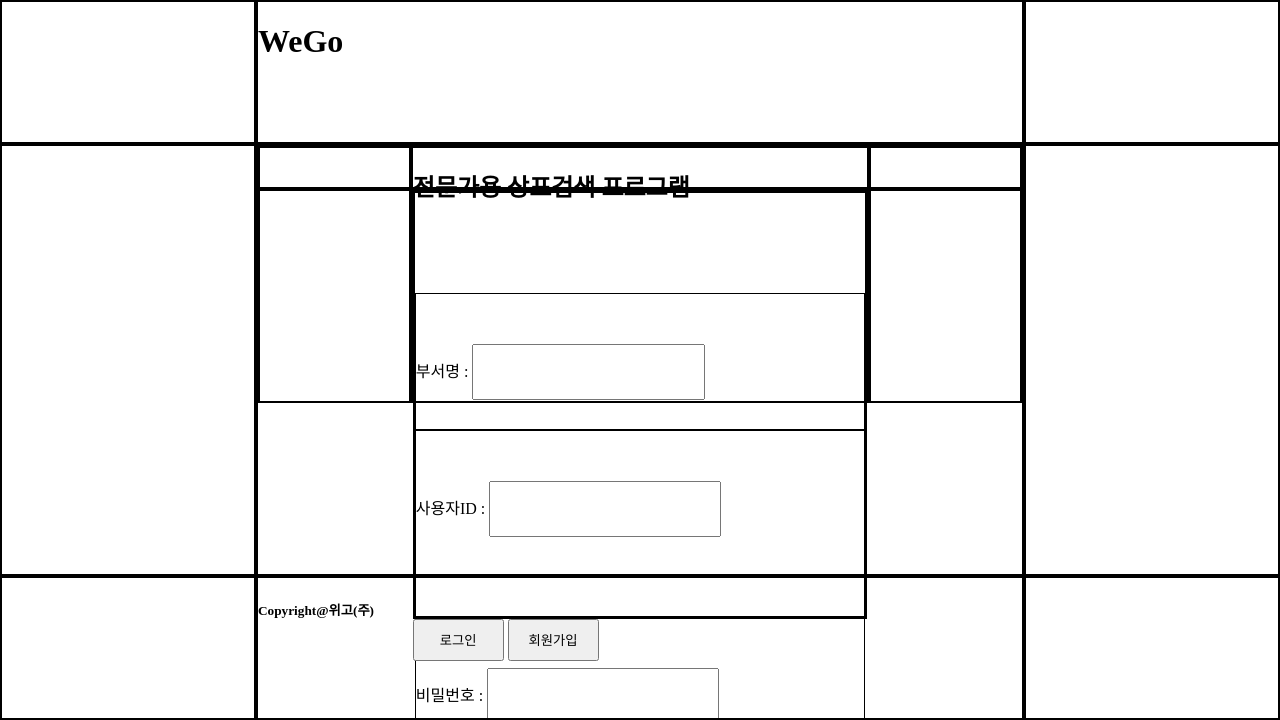
Repository: hamuse/wego1
Page: http://localhost/teamW1/facade.do
These files come from the project's save history. The page is drawn as it stood at one moment and after the next save; the edit follows.
The browser window is 1280 px wide. The pictures show the whole page.
Some web libraries are served in a nearby version. The page is served by Tomcat 9.

Above is the page before, as saved 2019-10-07 10:53:44.

After the next save:
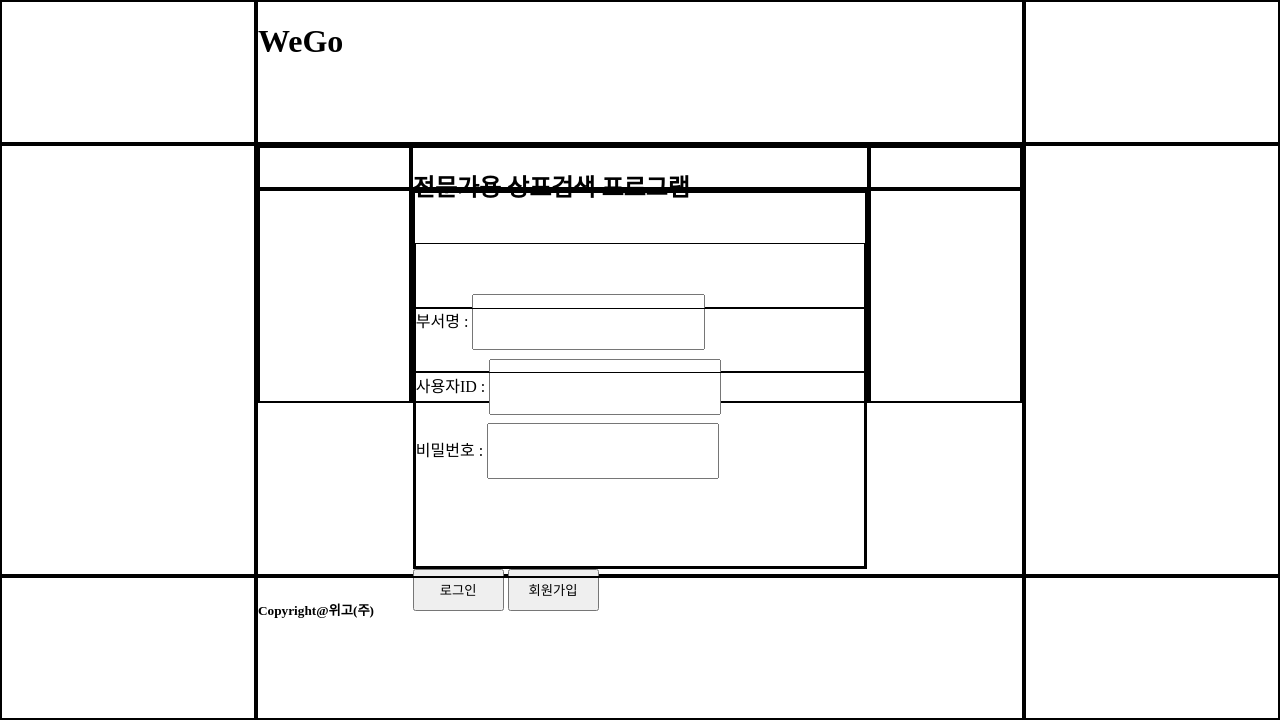
Saved 95 s later.
--- a/teamW1/WebContent/resources/css/style.css
+++ b/teamW1/WebContent/resources/css/style.css
@@ -28,15 +28,15 @@ html, body{
 	display: grid;
 	width: 100%
 	height: 80%
-	grid-template-columns: 50% 50%;
-	grid-template-rows: 50% 50%;
+	grid-template-columns: 20% 20%;
+	grid-template-rows: 20% 20%;
 	margin: 0 auto;
 	padding-top: 50px;
 }
 #join_form{width: 100%; height: 100%}
 #login_form{width: 100%; height: 100%}
 #login_tab div{border : 1px solid black;}
-#login_tab_item_1{grid-column: 1/5; margin-top: 50px}
+#login_tab_item_1{grid-column: 1/5;}
 #login_tab_item_2{grid-column: 1/5;}
 #login_tab_item_3{grid-column: 1/5;}
 #login_btn{width: 20%; height: 20%}
